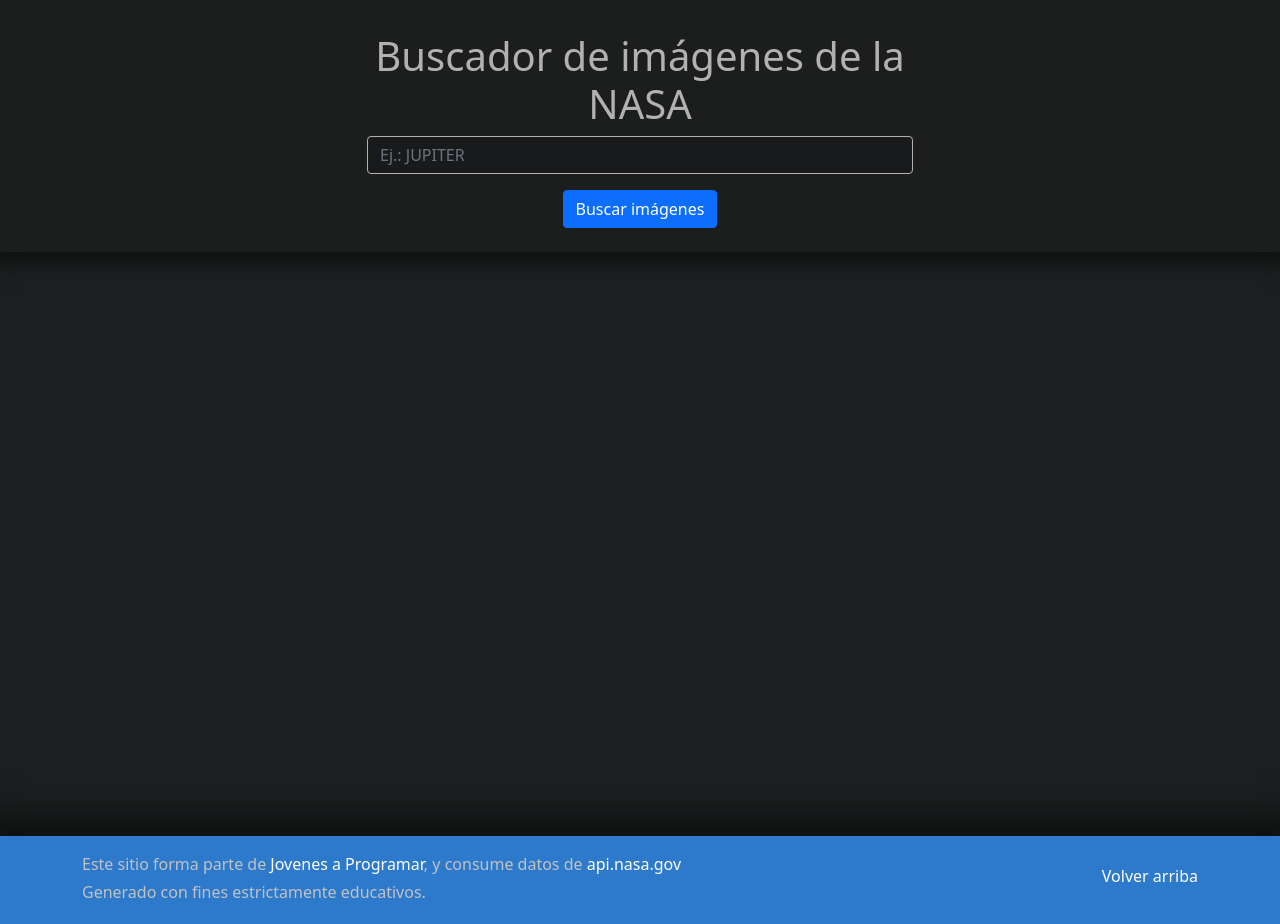
Repository: romancegirl/galaxies
Page: index.html
The author's editor kept a copy of each file at every save. The page is drawn from the files as they stood at one save, then again after the next save.
The browser window is 1280 px wide. The pictures show the whole page.

Above is the page before, as saved 2024-11-30 04:05:07.

After the next save:
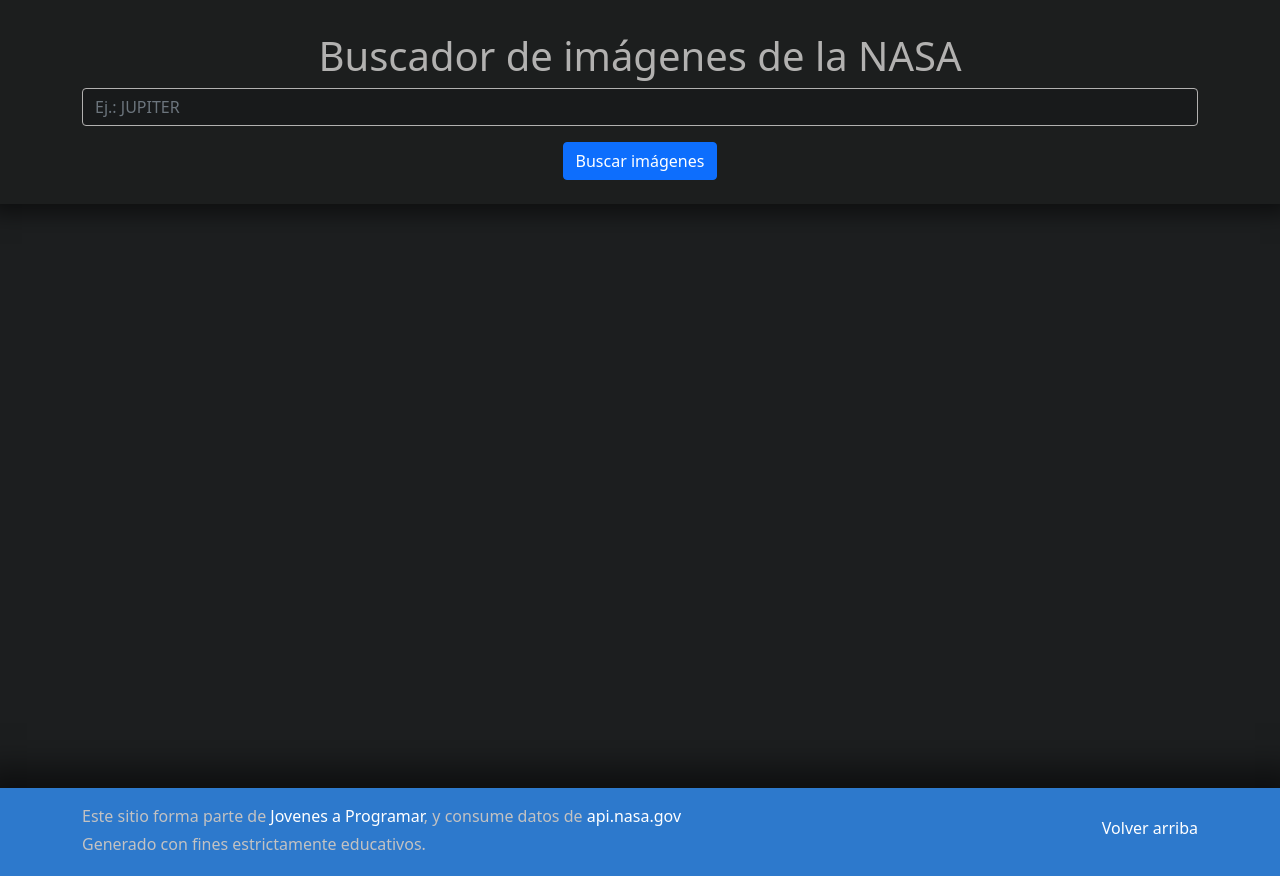
Saved 35 s later.
--- a/index.html
+++ b/index.html
@@ -16,7 +16,7 @@
     <div class="d-flex justify-content-around align-items-center" id="intro">
       <div class="text-center container">
         <div class="row py-lg-3">
-          <div class="col-lg-6 mx-auto">
+          <div class="col-lg-12 mx-auto">
             <h1 class="fw-light">Buscador de imágenes de la NASA</h1>
             <input type="search" class="form-control" name="buscar" id="inputBuscar" placeholder="Ej.: JUPITER">
             <button class="btn btn-primary my-2" id="btnBuscar">Buscar imágenes</button>

After the save that followed:
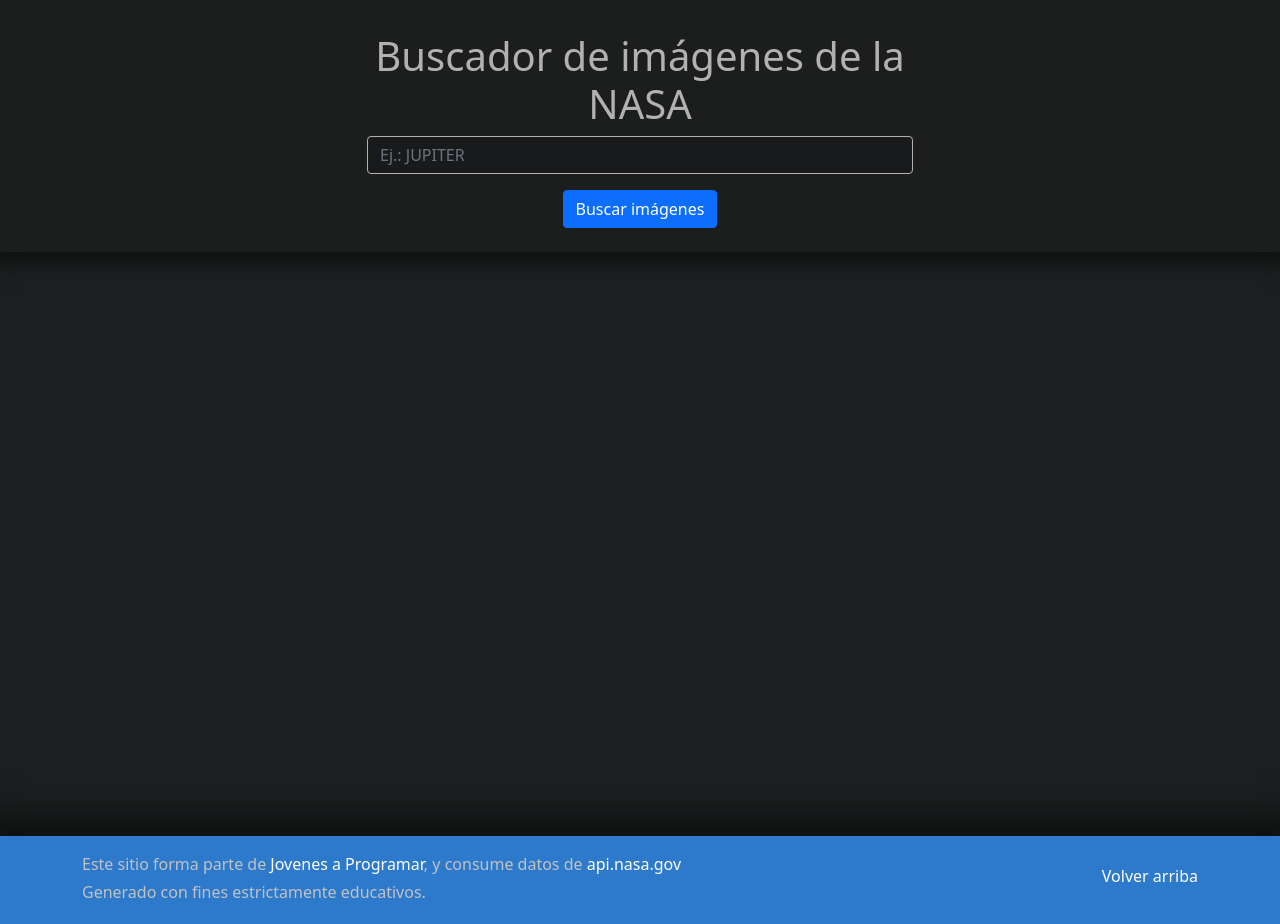
Saved 16 s later.
--- a/index.html
+++ b/index.html
@@ -16,7 +16,7 @@
     <div class="d-flex justify-content-around align-items-center" id="intro">
       <div class="text-center container">
         <div class="row py-lg-3">
-          <div class="col-lg-12 mx-auto">
+          <div class="col-lg-6 col-md-8 mx-auto">
             <h1 class="fw-light">Buscador de imágenes de la NASA</h1>
             <input type="search" class="form-control" name="buscar" id="inputBuscar" placeholder="Ej.: JUPITER">
             <button class="btn btn-primary my-2" id="btnBuscar">Buscar imágenes</button>
